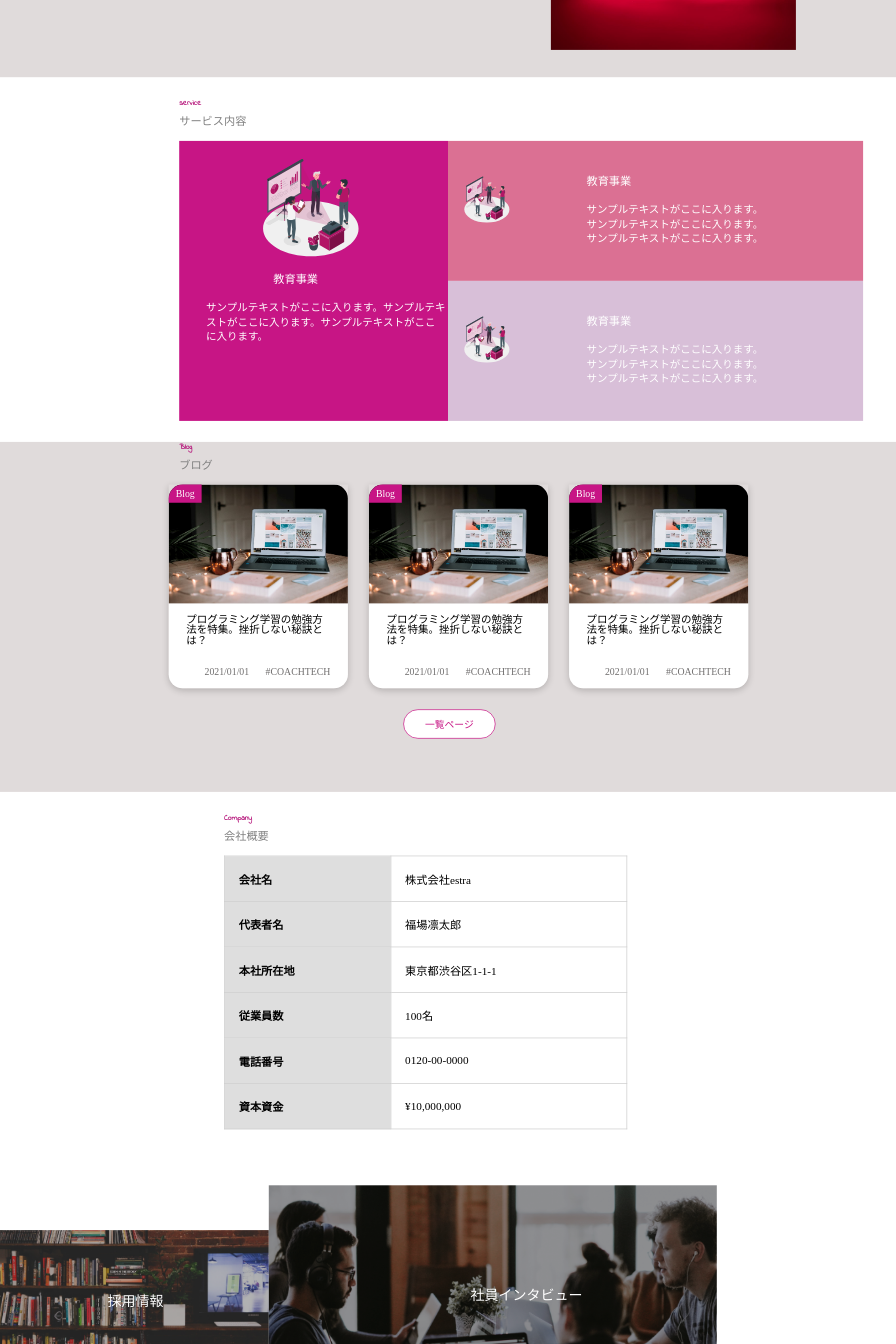
Repository: sigemasaasuka/20210902
Page: index.html
The author's editor kept a copy of each file at every save. The page is drawn from the files as they stood at one save, then again after the next save.
The browser window is 1280 px wide. The pictures show the part of the page from y = 1086 to 3006 px (the page is 3297 px tall before and 3361 px after), at 70% of full size.

Above is the page before, as saved 2021-10-06 13:17:59.

After the next save:
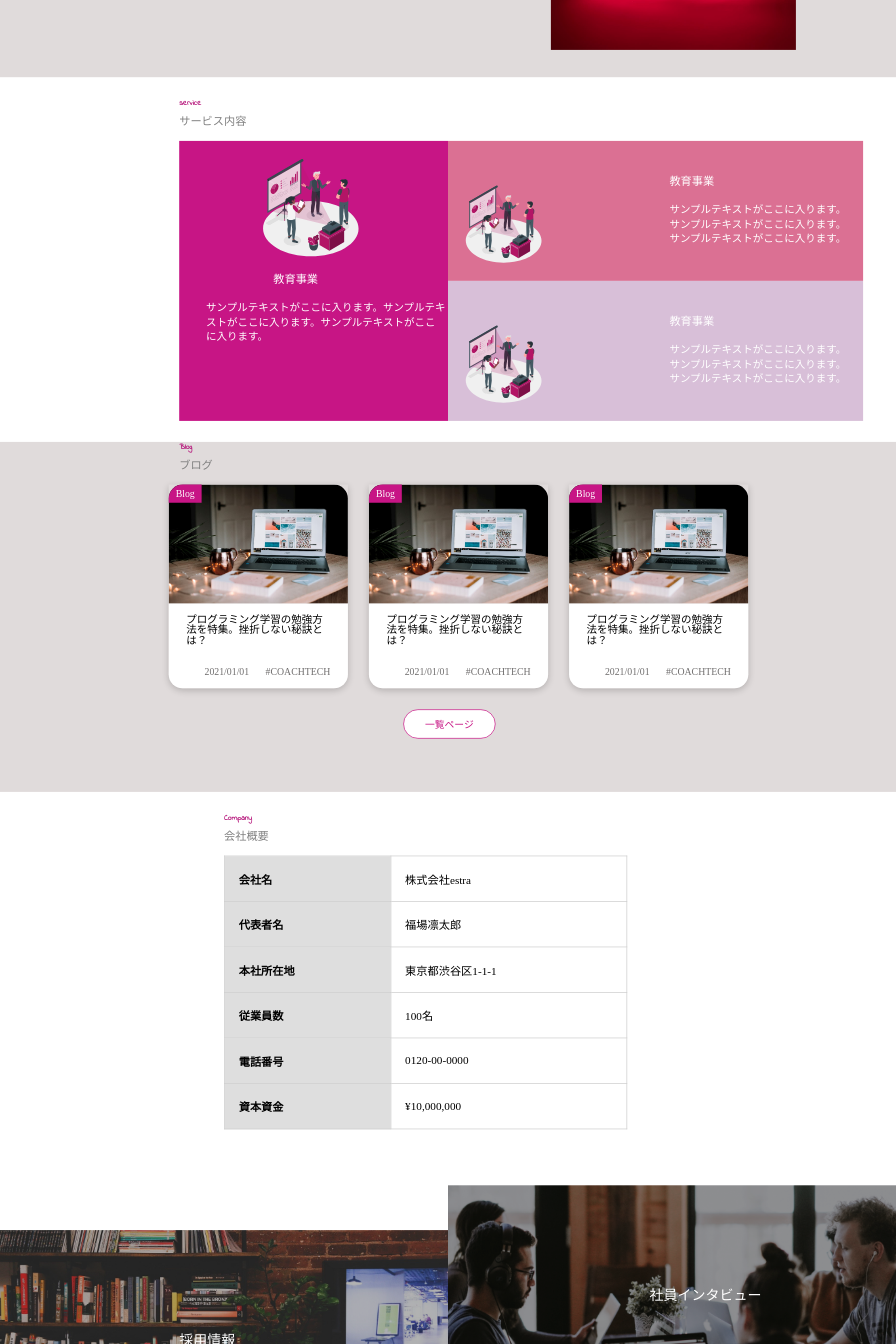
Saved 85 s later.
--- a/css/style.css
+++ b/css/style.css
@@ -389,6 +389,10 @@ table th {
   left: 40%;
   font-size: 20px;
   color: #fff;
+}
+
+.photo2 {
+  width: 50%;
 }
 
 .recruit {

After the 4 saves that followed:
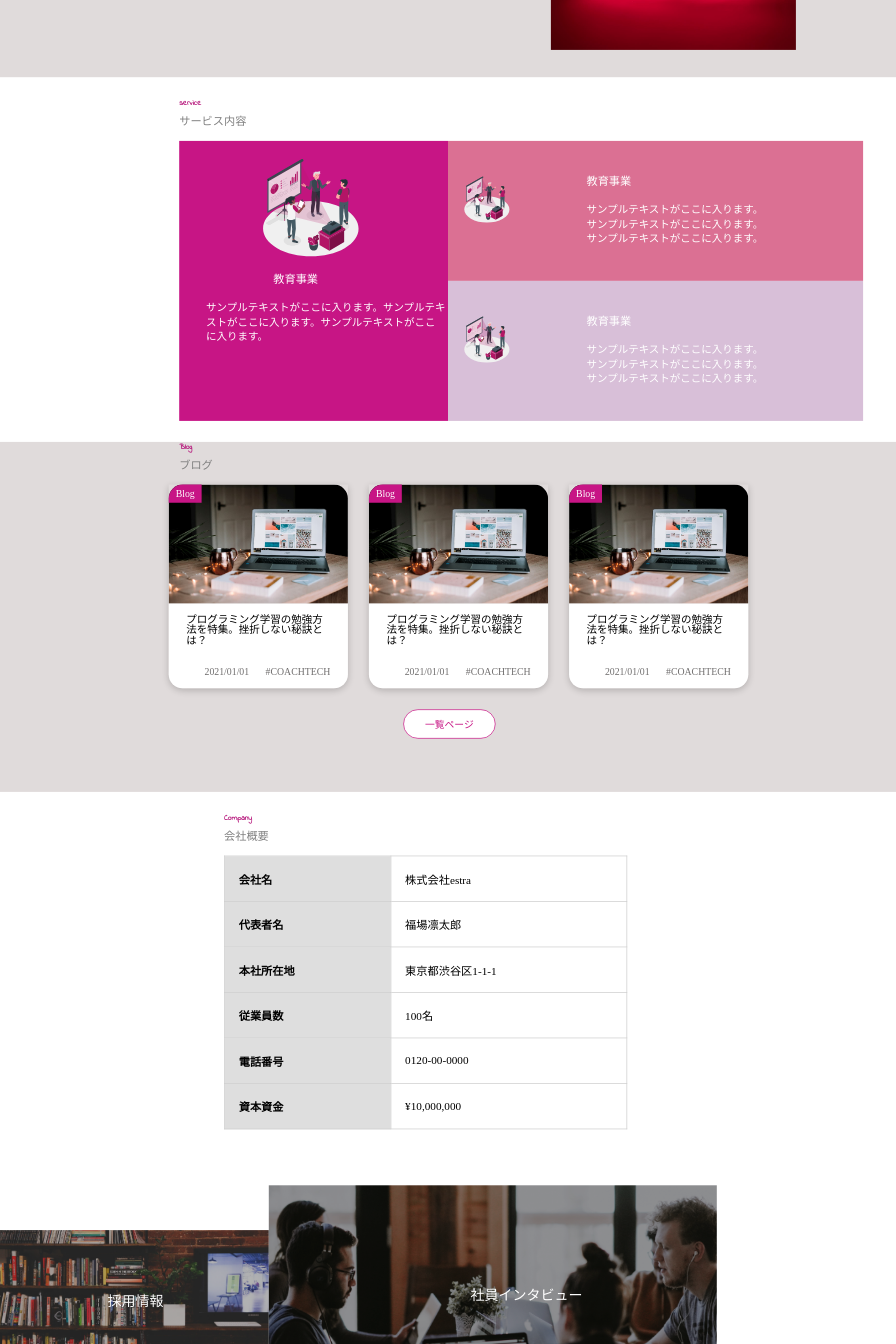
The 4 saves are shown as one change because 1 left the picture as it was and some came seconds apart.
The last was saved 78 s later.
--- a/css/style.css
+++ b/css/style.css
@@ -389,10 +389,6 @@ table th {
   left: 40%;
   font-size: 20px;
   color: #fff;
-}
-
-.photo2 {
-  width: 50%;
 }
 
 .recruit {
